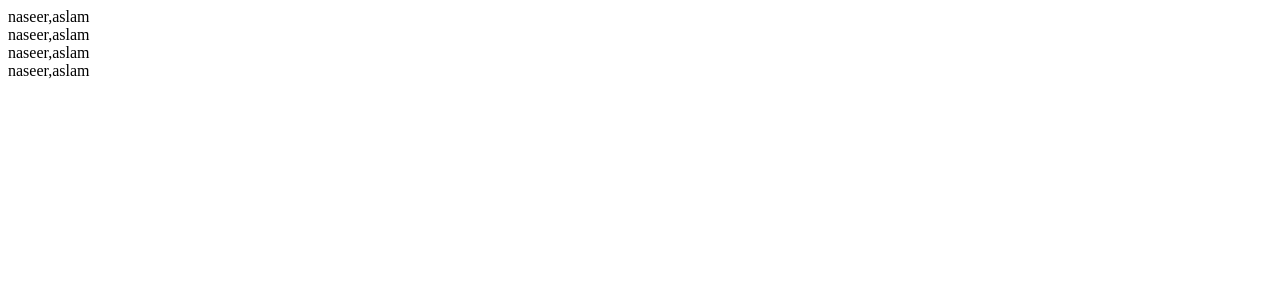
Repository: naseeraslamkhan/TypeScriptPracticeCode
Page: index.html
The author's editor kept a copy of each file at every save. The page is drawn from the files as they stood at one save, then again after the next save.
The browser window is 1280 px wide. The pictures show the whole page.

Above is the page before, as saved 2021-07-01 12:50:48.

### index.html
<html>

<head>
</head>

<body>
    <script src="firstProject.js"></script>
</body>

</html>

### firstProject.js
/*interface Prop
{
z:number,
y:string,
z1(num),

}
let myFunction: any = (L: Prop): void => {
  document.write('Hello I am here' + '<br>');
  for (let x = 0; x <= 5; x++) {
    document.write('Now value of x is : ' + x + '<br>');
  }
  let arr: string[] = ['MNA', '420'];
  document.write(arr[1]);
  document.write('<br>' + L.z);
};
myFunction({z: 45});
*/
var dan = [
    ['naseer', 'aslam'],
    ['naseer', 'aslam'],
    ['naseer', 'aslam'],
    ['naseer', 'aslam'],
];
for (var k = 0; k < 4; k++) {
    for (var m = 0; m < 2; m++) {
        if (m == 0) {
            document.write(dan[k][m]);
        } else
            document.write("," + dan[k][m]);

    }
    document.write('<br>');
}

After the next save:
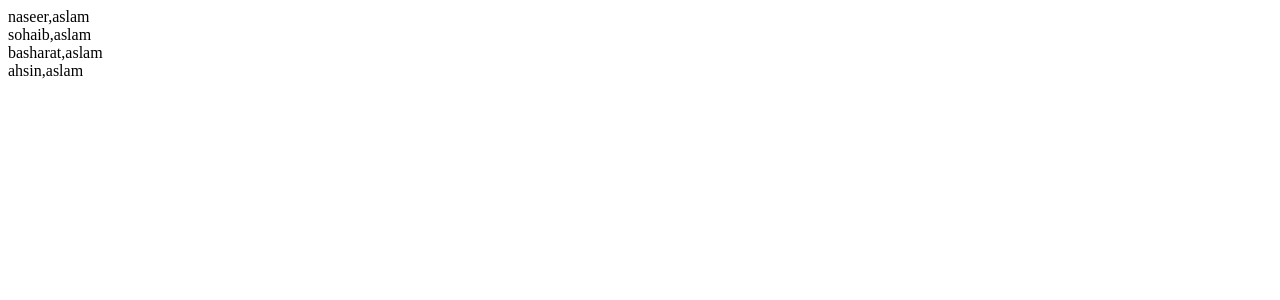
Saved 43 s later.
--- a/firstProject.js
+++ b/firstProject.js
@@ -18,9 +18,9 @@
 */
 var dan = [
     ['naseer', 'aslam'],
-    ['naseer', 'aslam'],
-    ['naseer', 'aslam'],
-    ['naseer', 'aslam'],
+    ['sohaib', 'aslam'],
+    ['basharat', 'aslam'],
+    ['ahsin', 'aslam'],
 ];
 for (var k = 0; k < 4; k++) {
     for (var m = 0; m < 2; m++) {
